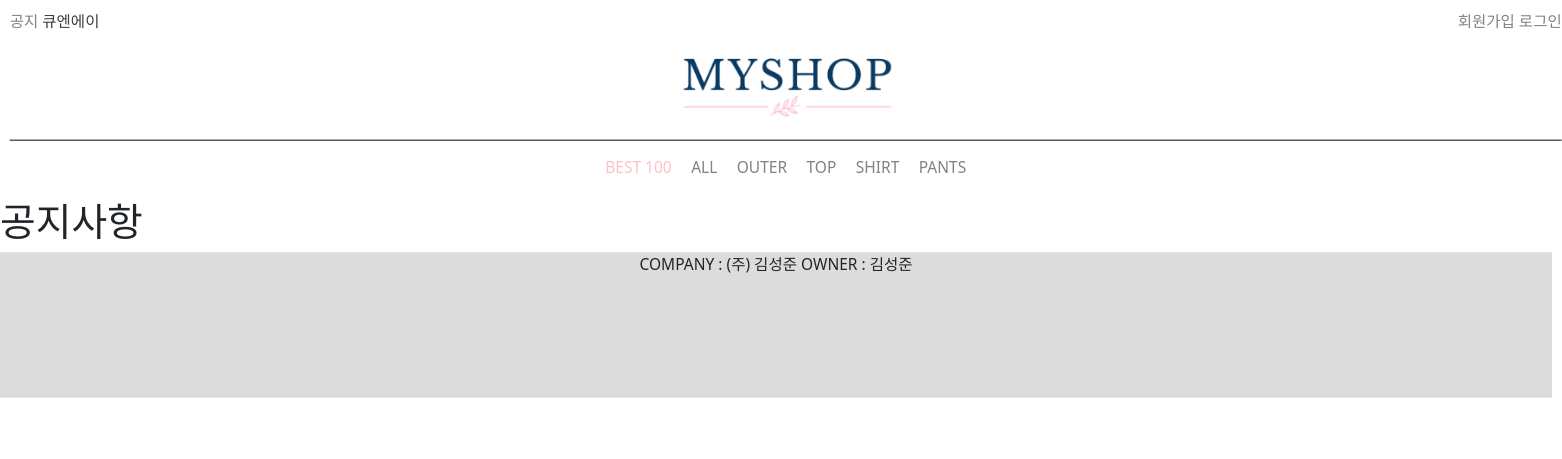
Repository: kkj53051000/MyShop
Page: http://localhost/myshop/WEB-INF/views/notice-list.jsp
An editor plug-in stored every save of this project. The page is shown before and after a run of saves, followed by the edit.
The browser window is 1280 px wide. The page is 1610 px wide, so the pictures cover 1610 px, including what lies to the right of the window. The pictures show the whole page, at 97% of full size.
The page is served by Tomcat 9. Nobody is signed in. Other server files are loaded and not shown. The template is opened directly, without the code that normally fills it, so the values that code supplies are empty.

Above is the page before, as saved 2021-02-23 08:08:38.

### myshop/src/main/webapp/WEB-INF/views/notice-list.jsp
<%@ page language="java" contentType="text/html; charset=UTF-8" pageEncoding="UTF-8"%>
<%@ taglib prefix="c" uri="http://java.sun.com/jsp/jstl/core" %>
<!DOCTYPE html>
<html>
<head>
<meta charset="UTF-8">
	<title>Notice</title>
	</head>
	<style>
		.wrap{
			width: 100%;

			display: flex;
			flex-direction: column;
			justify-content: center;

		}
	</style>
<body>
	<%@ include file="common/header.jsp" %>
	<div class="wrap">
		<h1>공지사항</h1>
		<div class="main">
			<c:forEach var="notice" items="${notices}">
				글 번호 : ${notice.id} 제목 : ${notice.title} 내용 : ${notice.content} <br/>
			</c:forEach>
		</div>
	</div>
	<%@ include file="common/footer.jsp" %>
</body>
</html>

### myshop/src/main/webapp/WEB-INF/views/common/header.jsp
<%@ page language="java" contentType="text/html; charset=UTF-8" pageEncoding="UTF-8"%>
<%@ taglib prefix="c" uri="http://java.sun.com/jsp/jstl/core" %>
<!DOCTYPE html>
<html>
<head>
	<meta charset="UTF-8">
	<title>Header</title>
	<style>
		.header{
			margin: 10px;

			min-width: 1600px;
		}
		.header_top{
			display: flex;
			flex-direction: row;
			justify-content: space-between;

			color: #3c3c3c;
		}
		.header_center{
			display: flex;
			justify-content: center;
			margin-bottom: 5px;
			border-bottom: 1px solid black;
		}
		.header_center_img{
			height: 100px;
		}
		.header_left{

		}
		.header_right{

		}
		.header_footer{

			width: 100%;
			display: flex;
			justify-content: center;

			<!-- position: fixed; -->


			color: #828282;
		}
		.header_footer > span{
			margin: 10px;
		}
		img{
			margin-bottom: 10px;
		}

		a:link {text-decoration:none; color: #828282;}
		a:visited {text-decoration:none; color: #828282;}
		a:hover {text-decoration:none; color: #828282;}
	</style>
	<link href="https://cdn.jsdelivr.net/npm/bootstrap@5.0.0-beta2/dist/css/bootstrap.min.css" rel="stylesheet" integrity="sha384-BmbxuPwQa2lc/FVzBcNJ7UAyJxM6wuqIj61tLrc4wSX0szH/Ev+nYRRuWlolflfl" crossorigin="anonymous">
</head>
<body>
	<div class="header">
		<div class="header_top">
			<div class="header_left">
				<span><a href="/notice/list">공지</a></span>
				<span>큐엔에이</span>
			</div>
			<div class="header_right">
				<c:if test="${user.role == 'USER'}">
					<!-- user, admin Check -->
				</c:if>

				<c:if test="${user == null}">
					<span><a href="/join">회원가입</a></span>
					<span><a href="/login">로그인</a></span>
				</c:if>
				<c:if test="${user != null}">
					<strong>관리자</strong>
					<span><a href="/admin/product-list">제품상세등록</a></span>
					<span><a href="/product-upload">제품등록</a></span>
					<span><a href="/order/list">주문내역</a></span>
					<span><a href="##">카트</a></span>
					<span><a href="##">마이페이지</a></span>
					<span><a href="/user/logout">로그아웃</a></span>
				</c:if>
			</div>
		</div>
		<div class="header_center">
			<a href="/"><img class="header_center_img" src="/public/upload/logo.jpg"/></a>
		</div>
		<div class="header_footer">
			<span><a href="####" style="color: #ffc0cb;">BEST 100</a></span>
			<span><a href="/product/list?category=ALL">ALL</a></span>
			<span><a href="/product/list?category=OUTER">OUTER</a></span>
			<span><a href="/product/list?category=TOP">TOP</a></span>
			<span><a href="/product/list?category=SHIRT">SHIRT</a></span>
			<span><a href="/product/list?category=PANTS">PANTS</a></span>
		</div>
	</div>
</body>
</html>

### myshop/src/main/webapp/WEB-INF/views/common/footer.jsp
<%@ page language="java" contentType="text/html; charset=UTF-8"
    pageEncoding="UTF-8"%>
<!DOCTYPE html>
<html>
<head>
	<meta charset="UTF-8">
	<title>Insert title here</title>
	<style>
		.footer{
			display: flex;
			justify-content: center;
			background-color: #dcdcdc;
			height: 150px;

			min-width: 1600px;
		}
	</style>
</head>
<body>
	<div class="footer">
		<span>COMPANY : (주) 김성준 OWNER : 김성준</span>
	</div>
</body>
</html>

After the next 2 saves:
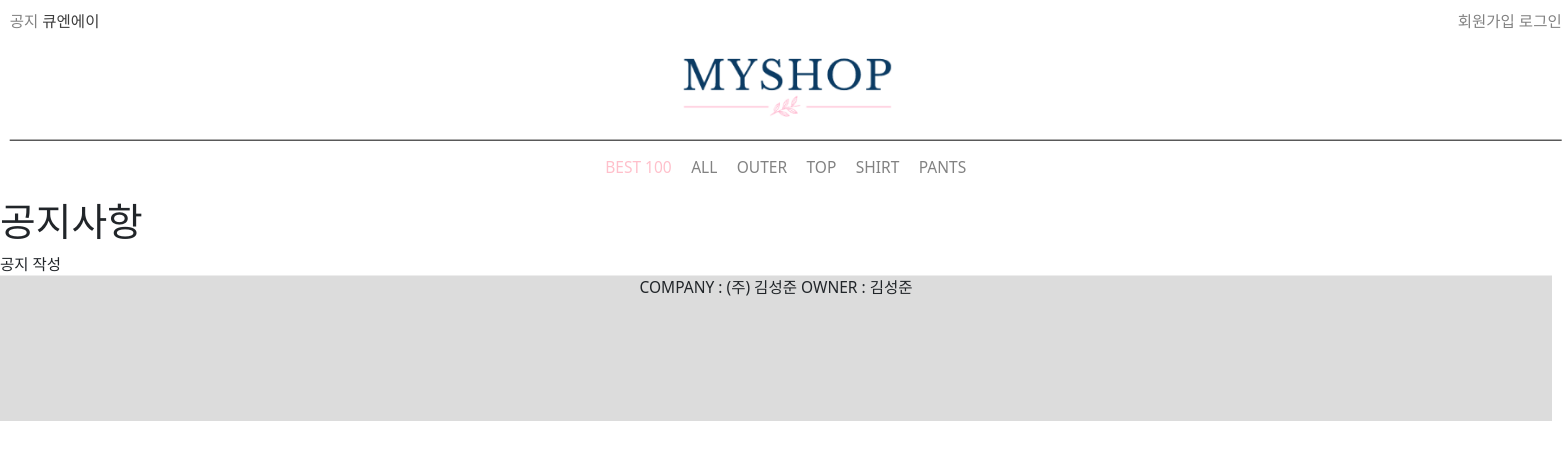
The 2 saves are shown as one change because they came seconds apart.
The last was saved 110 s later.
--- a/myshop/src/main/webapp/WEB-INF/views/notice-list.jsp
+++ b/myshop/src/main/webapp/WEB-INF/views/notice-list.jsp
@@ -24,7 +24,9 @@
 			<c:forEach var="notice" items="${notices}">
 				글 번호 : ${notice.id} 제목 : ${notice.title} 내용 : ${notice.content} <br/>
 			</c:forEach>
+			<a>공지 작성</a>
 		</div>
+
 	</div>
 	<%@ include file="common/footer.jsp" %>
 </body>
